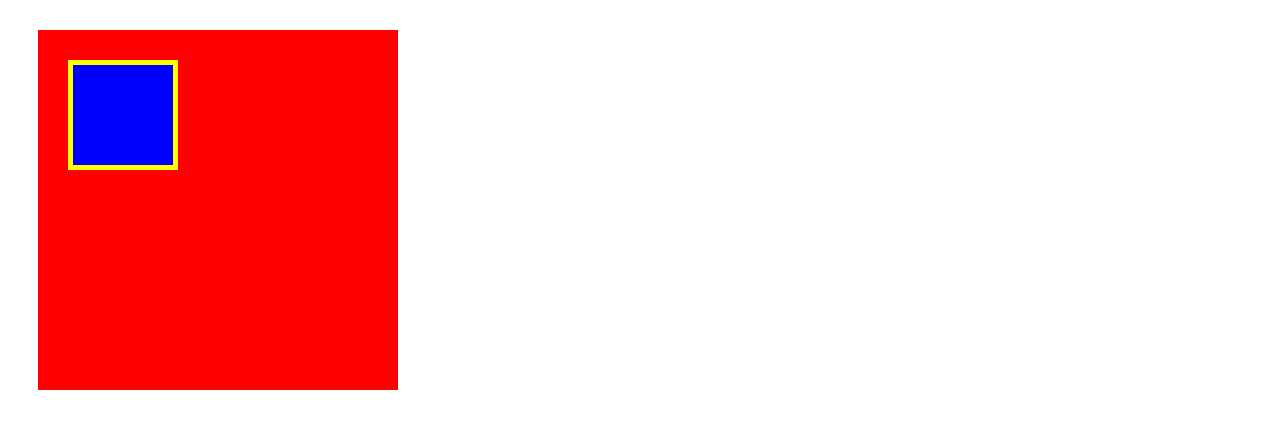
Repository: pooh0721/-
Page: box/box.html
The author's editor kept a record of every edit. The page is drawn from the files as they stood at one moment, then again after the next edit.
The browser window is 1280 px wide. The pictures show the whole page.

Above is the page before.

After the next edit:
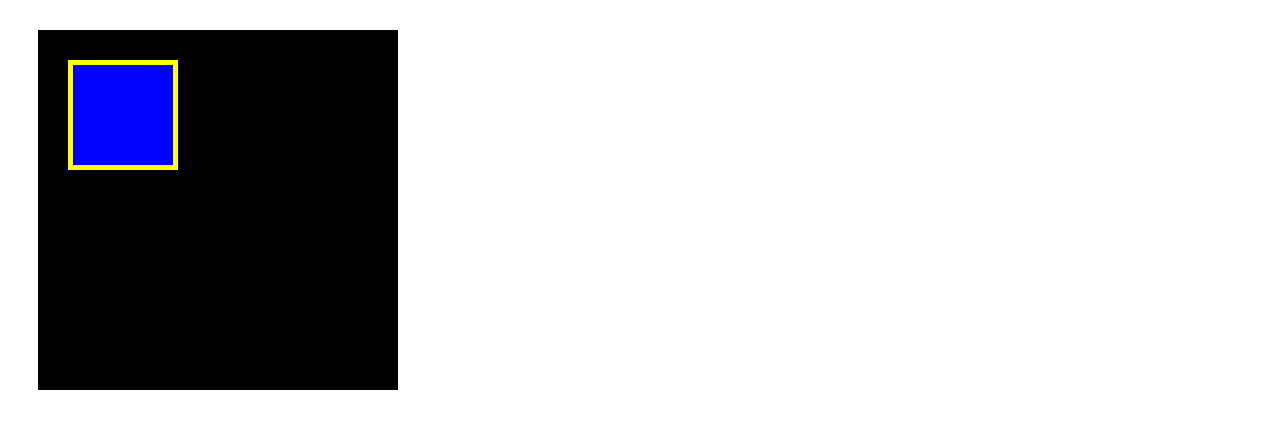
The edit:
--- a/box/box.css
+++ b/box/box.css
@@ -1,9 +1,10 @@
 .box1 {
   width: 300px ;
   height: 300px;
-  background-color: #FF0000;
-  margin: 30px;
+  background-color: black;
+   margin: 30px;
   padding: 30px;
+
 }
 
 .box2 {
